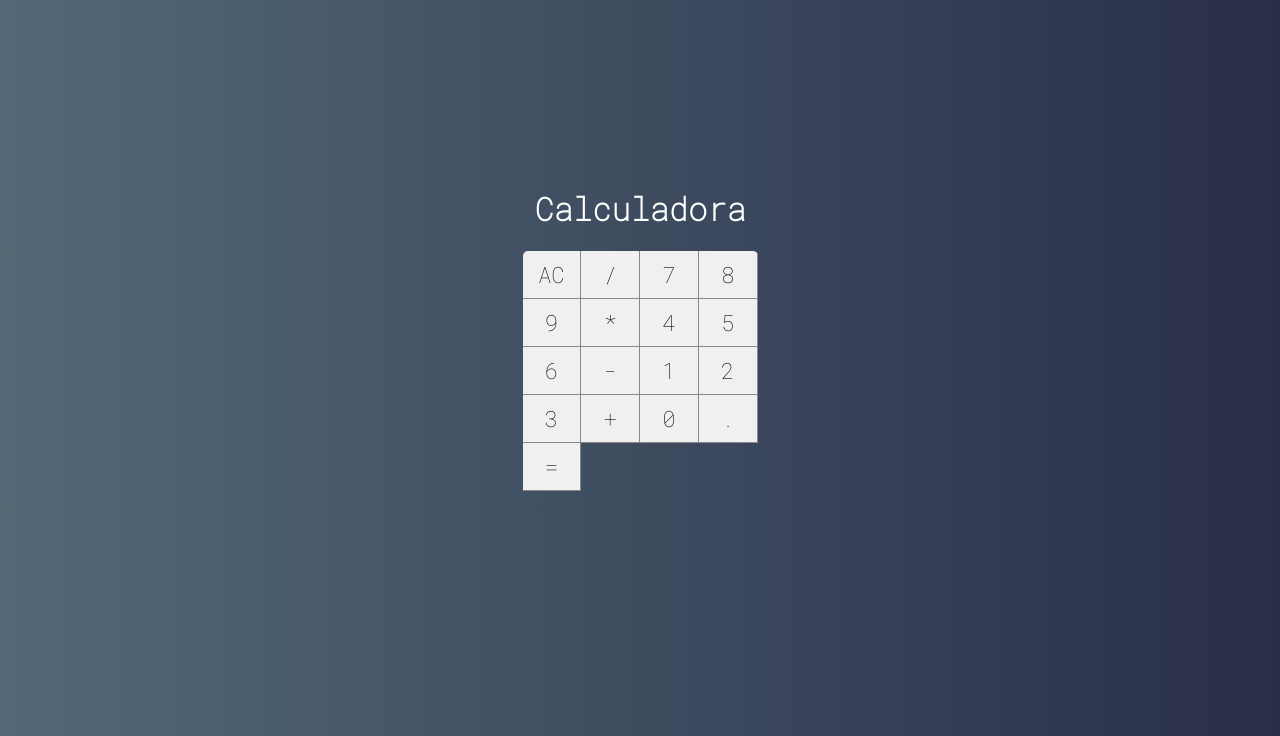
Repository: jean-siqueira/react-calculadora
Page: /
These files come from the project's save history. The page is drawn as it stood at one moment and after the next save; the edit follows.
The browser window is 1280 px wide. The pictures show the whole page.
The project was rebuilt for these pictures with package versions that can differ from the ones it lists, and the page was loaded fresh each time. Also part of the build but not shown: src/components/Display.css.

Above is the page before, as saved 2023-03-25 12:28:19.

After the next save:
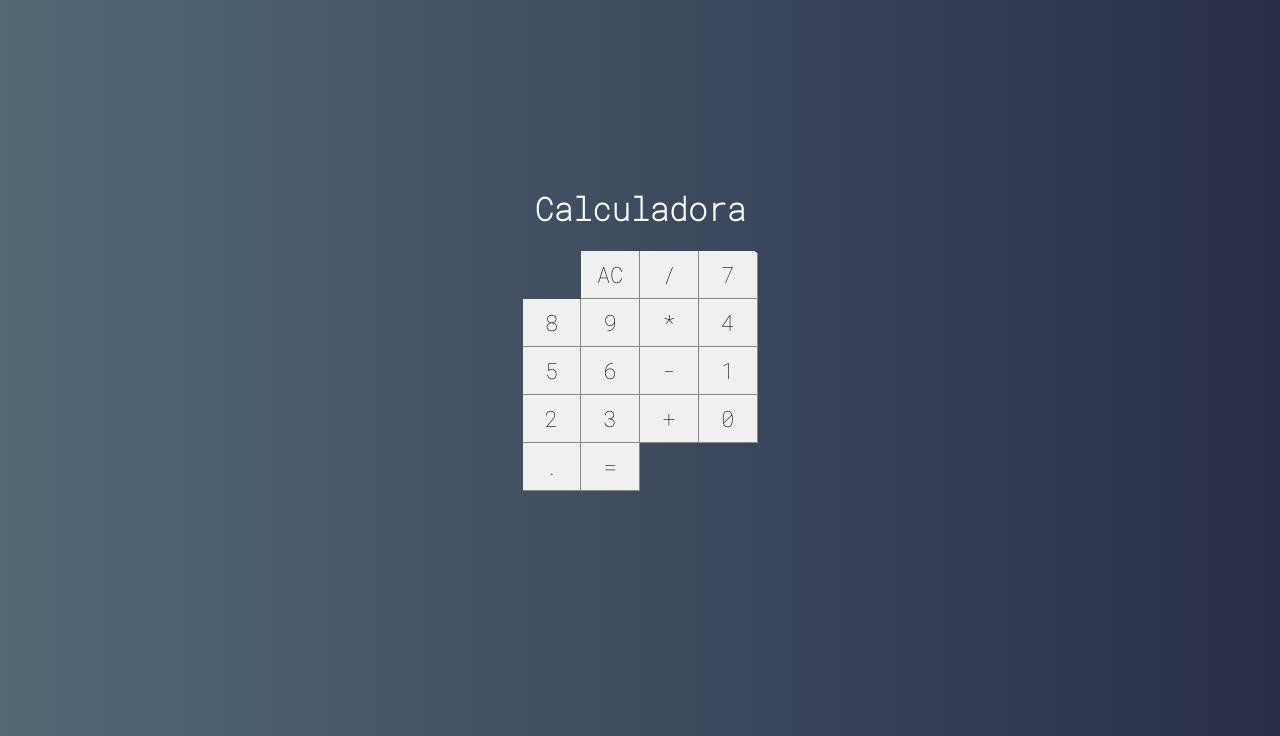
Saved 37 s later.
--- a/src/main/Calculator.jsx
+++ b/src/main/Calculator.jsx
@@ -1,12 +1,14 @@
 import React, {Component} from "react";
 import './Calculator.css'
 import Button from "../components/Button";
+import Display from "../components/Display";
 
 export default class Calculator extends Component {
 
     render() {
         return (
             <div className="calculator">
+                <Display/>
                 <Button label="AC"/>
                 <Button label="/"/>
                 <Button label="7"/>
